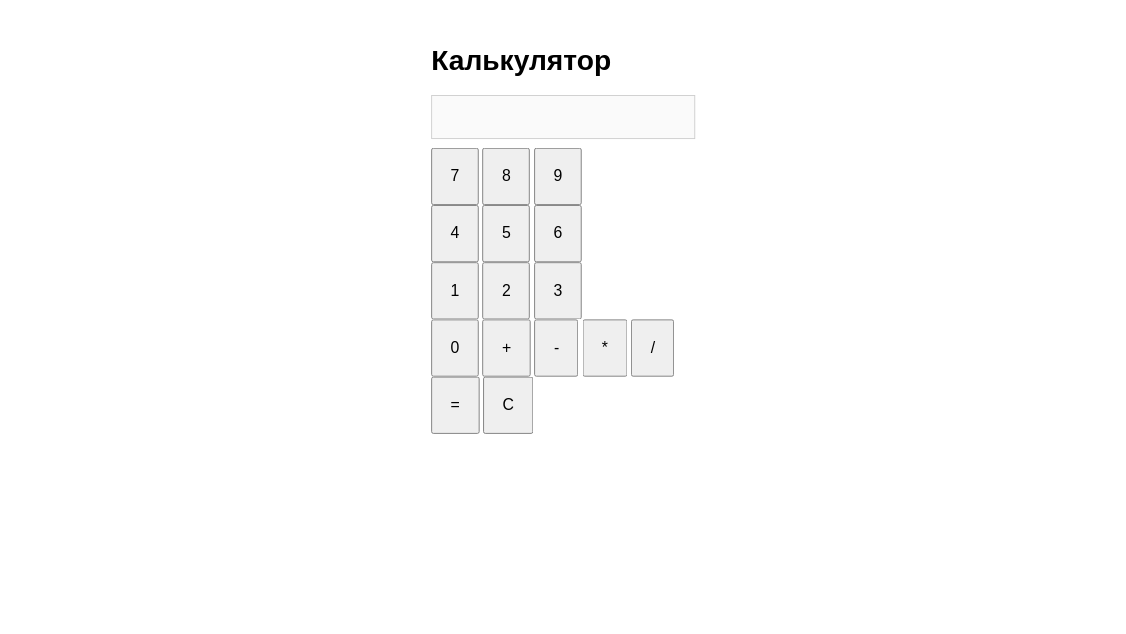
Repository: Burnmyheart/calculator
Page: index.html
An editor plug-in stored every save of this project. The page is shown before and after the next save, followed by the edit.
The browser window is 1280 px wide. The pictures show the whole page, at 88% of full size.

Above is the page before, as saved 2025-04-28 18:41:59.
Console error: ReferenceError: s is not defined

After the next save:
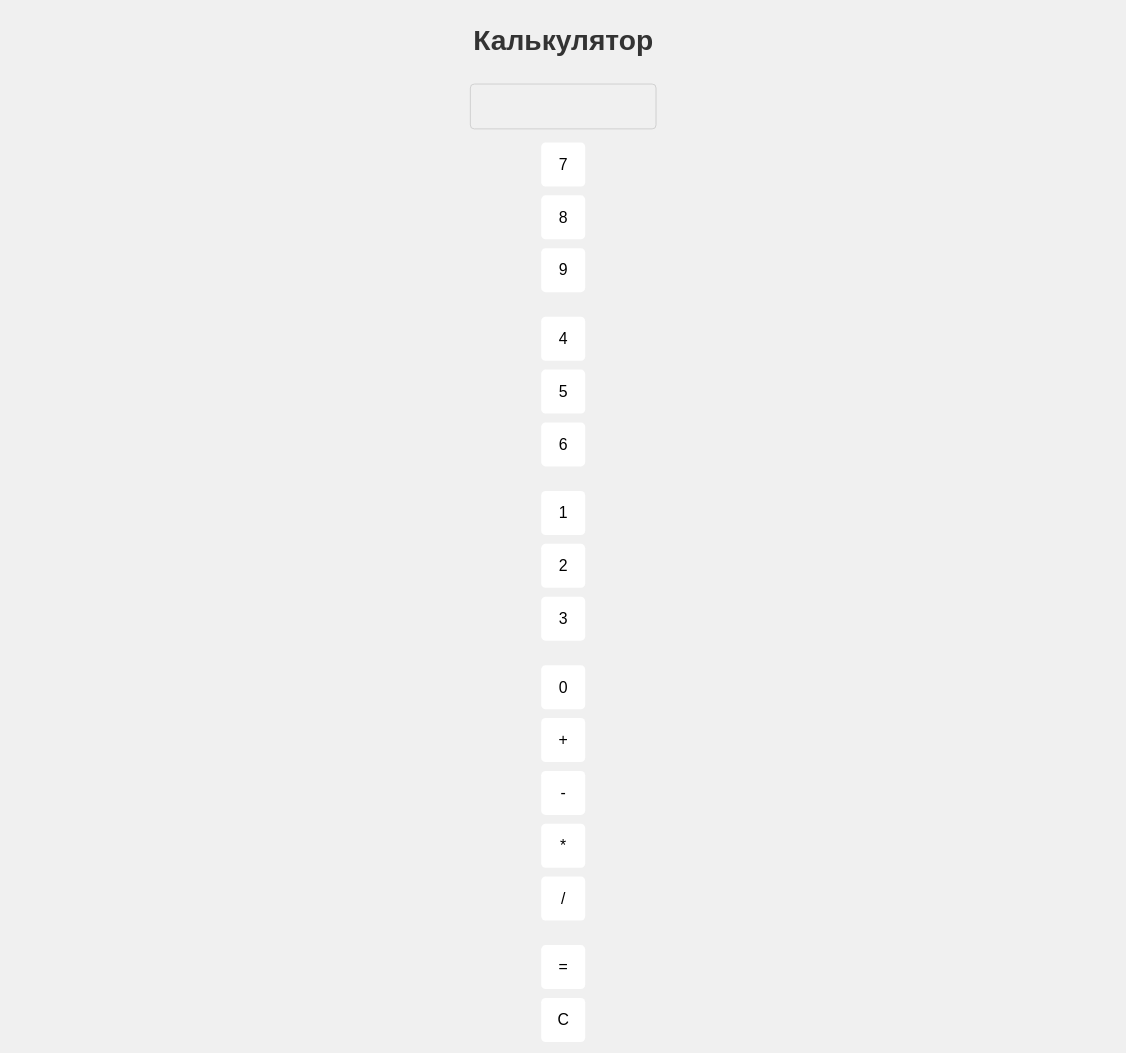
Saved 2 min 7 s later.
--- a/style.css
+++ b/style.css
@@ -1,28 +1,43 @@
 body {
+  display: flex;
+  flex-direction: column;
+  align-items: center;
   font-family: Arial, sans-serif;
-  max-width: 300px;
-  margin: 50px auto;
+  background-color: #f0f0f0;
 }
+
+h1 {
+  color: #333;
+  margin: 20px 0;
+}
+
 #display {
-  width: 100%;
+  width: 200px;
+  height: 40px;
+  margin: 10px 0;
+  font-size: 20px;
+  text-align: right;
+  padding: 5px;
+  border: 1px solid #ccc;
+  border-radius: 5px;
+}
+
+.button {
+  width: 50px;
   height: 50px;
-  font-size: 24px;
-  margin-bottom: 10px;
-  text-align: right;
-  padding: 10px;
-  box-sizing: border-box;
-  border: 1px solid #ccc;
+  margin: 5px;
+  font-size: 18px;
+  border: none;
+  border-radius: 5px;
+  background-color: #fff;
+  cursor: pointer;
+  transition: background-color 0.2s;
 }
-.buttons {
-  display: grid;
-  grid-template-columns: repeat(4, 1fr);
-  gap: 10px;
+
+.button:hover {
+  background-color: #e0e0e0;
 }
-button {
-  padding: 20px;
-  font-size: 18px;
-  cursor: pointer;
+
+.button:active {
+  background-color: #d0d0d0;
 }
-button:active {
-  background-color: #eee;
-}
